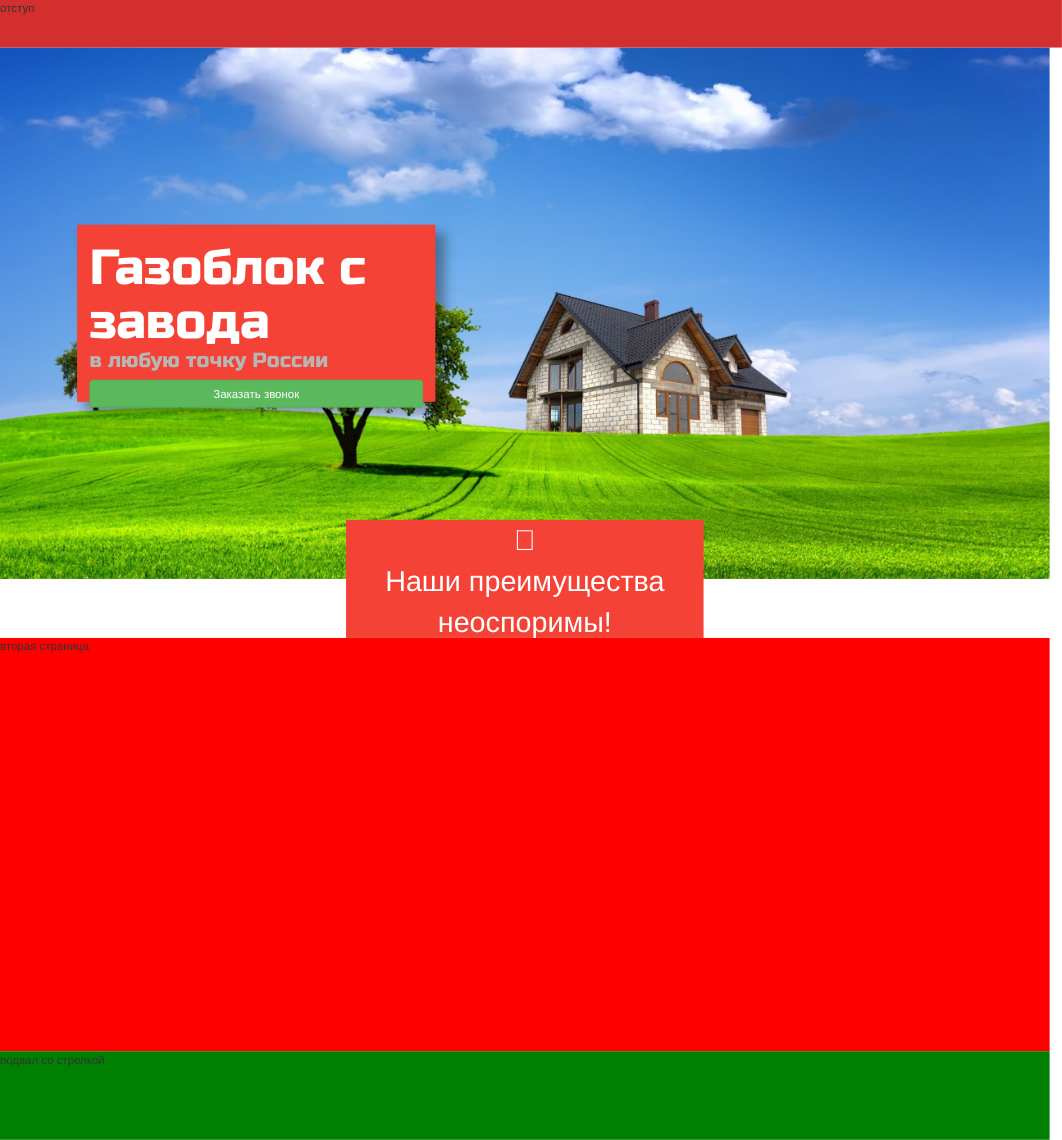
Repository: greenwtch/block
Page: index.html
The author's editor kept a record of every edit. The page is drawn from the files as they stood at one moment, then again after the next edit.
The browser window is 1280 px wide. The page is 1295 px wide, so the pictures cover 1295 px, including what lies to the right of the window. The pictures show the whole page, at 82% of full size.
Some web libraries are served in a nearby version.

Above is the page before.

### index.html
<!DOCTYPE html>
<html lang="en">
  <head>
    <meta charset="utf-8">
    <link href='https://fonts.googleapis.com/css?family=Russo+One&subset=latin,cyrillic' rel='stylesheet' type='text/css'>
    <meta http-equiv="X-UA-Compatible" content="IE=edge">
    <meta name="viewport" content="width=device-width, initial-scale=1">
    <title>Bootstrap 101 Template</title>

    <!-- Bootstrap -->
    <link href="css/bootstrap.css" rel="stylesheet">
    <link href="css/style.css" rel="stylesheet">

    <!-- HTML5 Shim and Respond.js IE8 support of HTML5 elements and media queries -->
    <!-- WARNING: Respond.js doesn't work if you view the page via file:// -->
    <!--[if lt IE 9]>
      <script src="https://oss.maxcdn.com/libs/html5shiv/3.7.0/html5shiv.js"></script>
      <script src="https://oss.maxcdn.com/libs/respond.js/1.4.2/respond.min.js"></script>
    <![endif]-->
  </head>
  <body>



    <div class="container-fluiid">
        <div class="row " >
            <div class="col-lg-12 header">
                   отступ
            </div>

        </div>

    </div>

    <div class="container-fluiid body1">
        <div class="row">
            <div class="col-lg-4 col-lg-offset-1 container1" >
                <h1 class="mainH1">Газоблок с завода <br>
                    <p id="underH1">в любую точку России</p>
                </h1>
                <button class="btn btn-success btn-large btn-block zvonok">Заказать звонок</button>
             </div>

        </div>
    </div>

    <div class="container-fluiid">
        <div class="row">
                <div class="col-lg-4 col-lg-offset-4 body1footer">
                   <p id="footerText"><span class="glyphicon-chevron-down strelka"></span><br> Наши преимущества неоспоримы!</p>
                </div>
        </div>
    </div>

    <div class="container-fluiid body2">
        <div class="row">
                <div class="col-lg-12">
                    вторая страница
                </div>
        </div>
    </div>
    <div class="container-fluiid body2footer">
        <div class="row">
                <div class="col-lg-12">
                    подвал со стрелкой
                </div>
        </div>
    </div>



    <!-- jQuery (necessary for Bootstrap's JavaScript plugins) -->
    <script src="https://ajax.googleapis.com/ajax/libs/jquery/1.11.0/jquery.min.js"></script>
    <!-- Include all compiled plugins (below), or include individual files as needed -->
    <script src="js/bootstrap.js"></script>
  </body>
</html>

### css/style.css

.header {

    height: 8vh;
    background-color: #D32F2F;

}
.body1{
    height: 90vh;
    background-image: url("house.jpg");
    background-size: cover;
    background-position: center center;

}
.body1footer{
    background-color: #F44336;
    height: 20vh;
    margin-top:-10vh;
}
#footerText{
    color: #fff;
    font-size: 35px;
    text-align: center;
}
.container1{

    margin-top: 30vh;
    height: 30vh;
    background-color: #F44336;

    -webkit-box-shadow: 11px 11px 13px 1px rgba(0,0,0,0.34);
    -moz-box-shadow: 11px 11px 13px 1px rgba(0,0,0,0.34);
    box-shadow: 11px 11px 13px 1px rgba(0,0,0,0.34);
}
.body2{
    background-color: red;
    height: 70vh;
}
.body2footer{
    background-color: green;
    height: 15vh;
}


.mainH1{
        font-family: 'Russo One', sans-serif;
    color: #fff;
    font-size: 60px;

}
#underH1{
   font-size: 25px;
   color: #B6B6B6;
}

.strelka{


}

Loaded but not shown: css/bootstrap.css (library); js/bootstrap.js (library)

After the next edit:
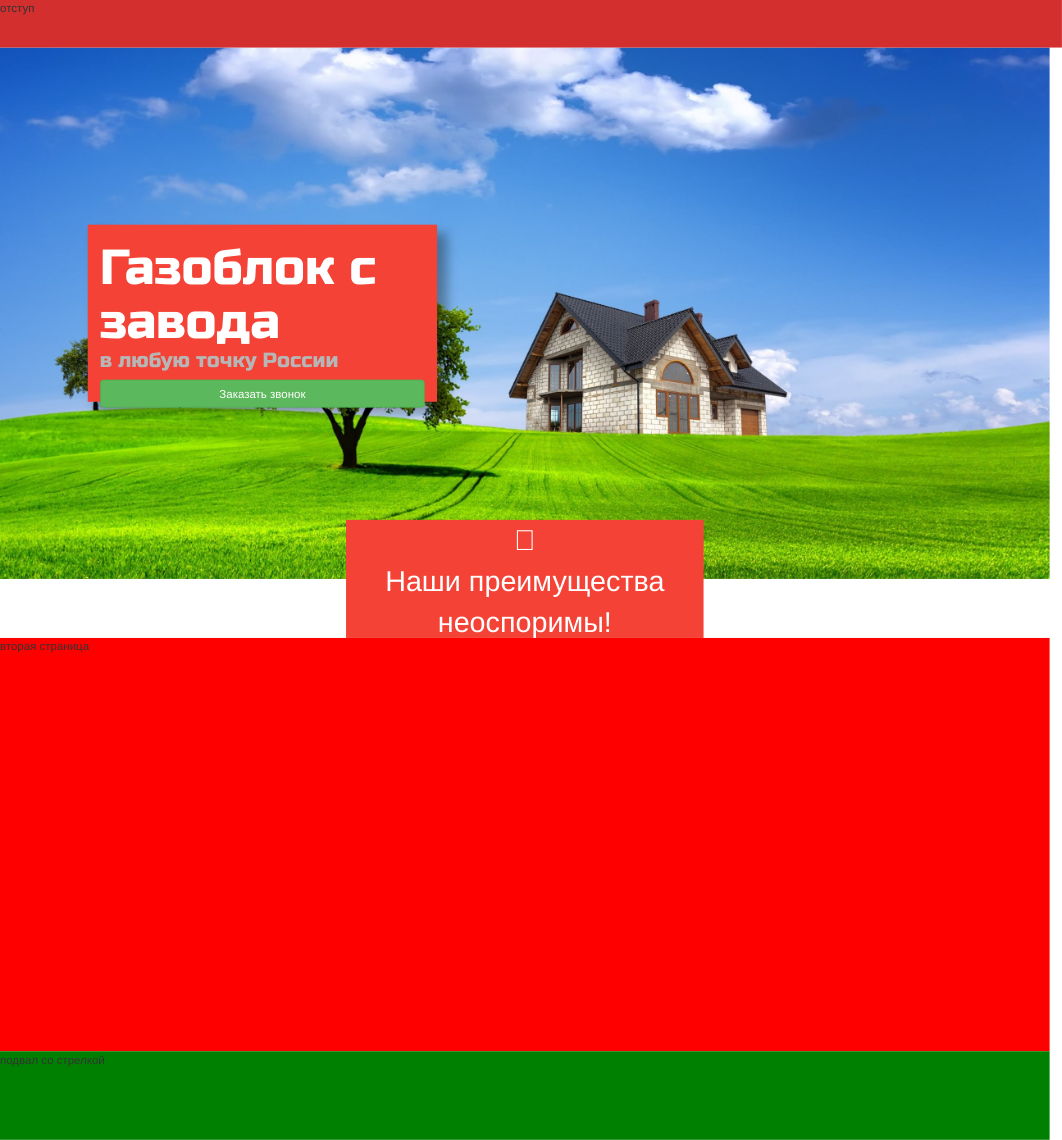
The edit:
--- a/index.html
+++ b/index.html
@@ -32,7 +32,7 @@
 
     </div>
 
-    <div class="container-fluiid body1">
+    <div class="container-fluid body1">
         <div class="row">
             <div class="col-lg-4 col-lg-offset-1 container1" >
                 <h1 class="mainH1">Газоблок с завода <br>
